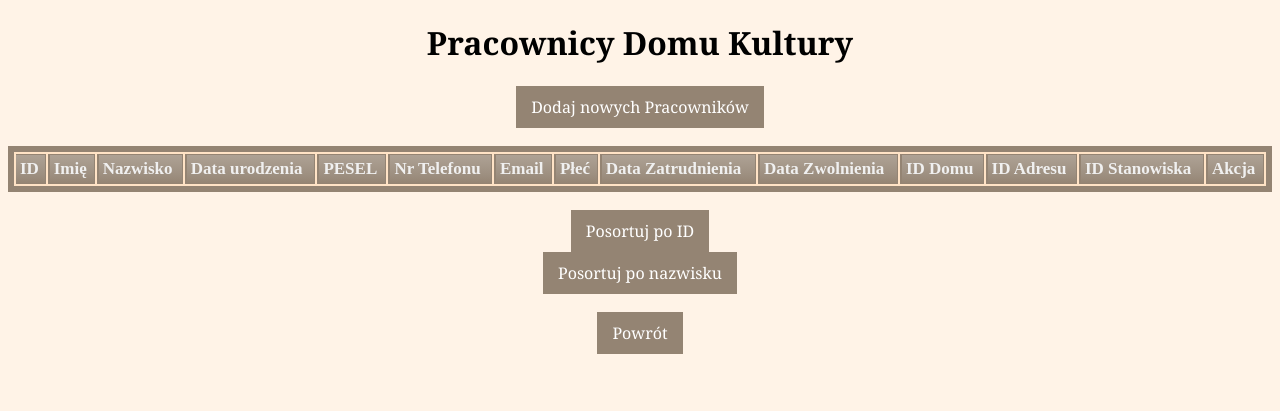
Repository: marcinRuta/houseOfCulture-crud-webapp-database
Page: http://localhost/pracownicy
The author's editor kept a copy of each file at every save. The page is drawn from the files as they stood at one save, then again after the next save.
The browser window is 1280 px wide. The pictures show the whole page.
The page is this project's Thymeleaf template; nobody is signed in. The template is opened directly, without the code that normally fills it, so the values that code supplies are empty.

Above is the page before, as saved 2021-01-14 10:55:05.

After the next save:
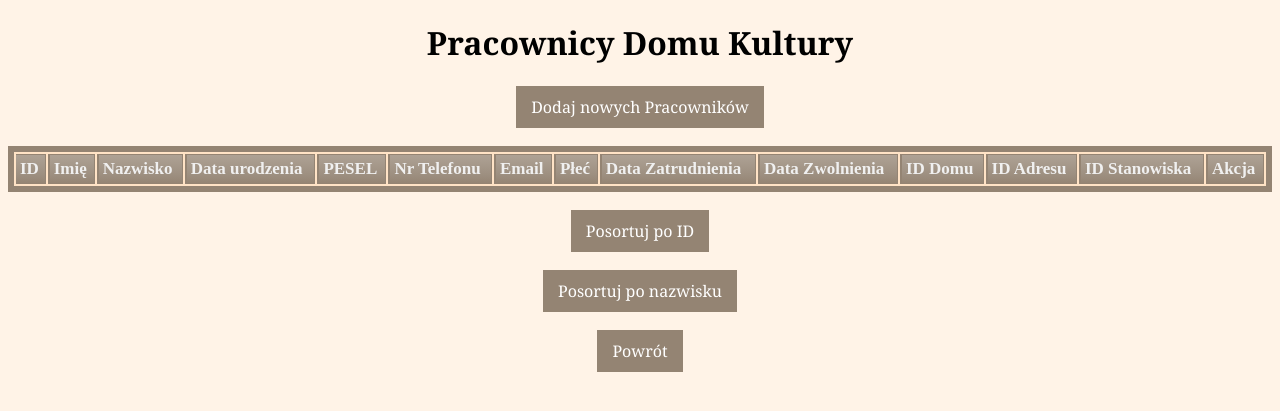
Saved 21 s later.
--- a/DomKultury/src/main/resources/templates/pracownicy.html
+++ b/DomKultury/src/main/resources/templates/pracownicy.html
@@ -65,7 +65,7 @@
 			</tbody>
 		</table>
 		<br/>
-		<a th:href="@{/P}">Posortuj po ID</a> <br/>
+		<a th:href="@{/P}">Posortuj po ID</a> <br/> <br/>
 		<a th:href="@{/RefreshPNazw}">Posortuj po nazwisku</a>
 		<br/>
 		<br/>
